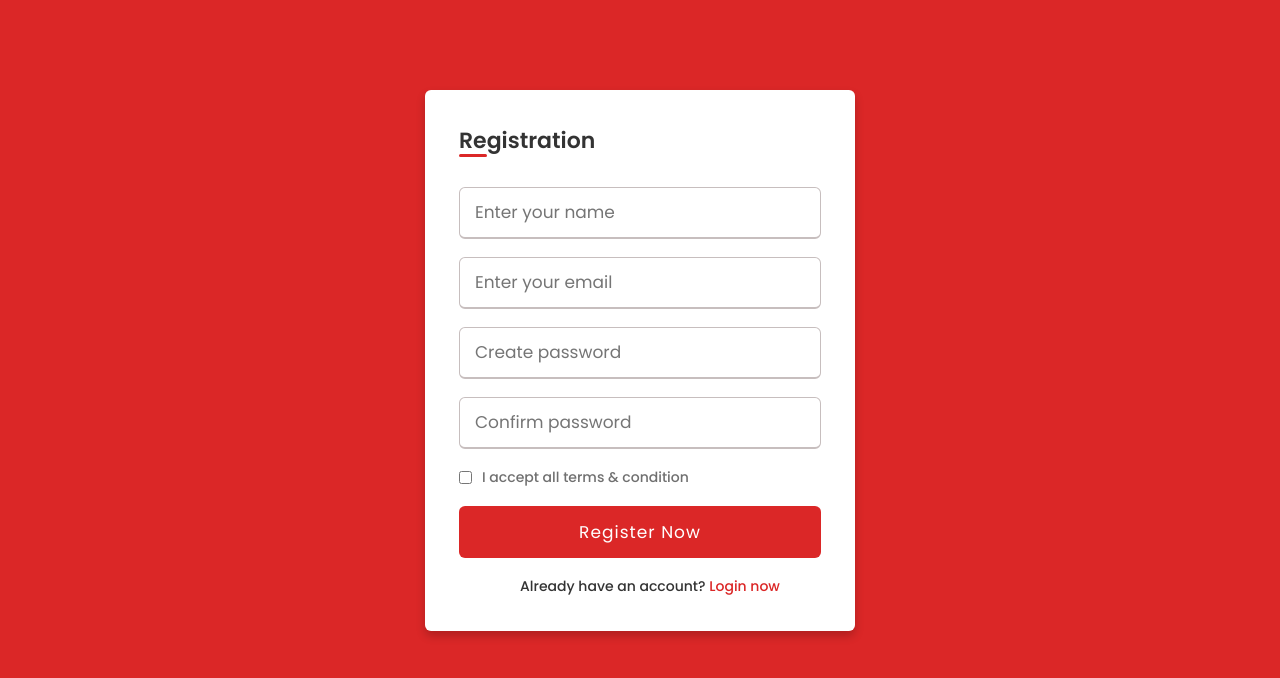
Repository: maximusprimeavenger/LibraryJavaServlet
Page: Servlet/src/main/webapp/Registration.html
These files come from the project's save history. The page is drawn as it stood at one moment and after the next save; the edit follows.
The browser window is 1280 px wide. The pictures show the whole page.

Above is the page before, as saved 2024-03-30 12:14:54.
Not found: Servlet/src/main/webapp/style.css

After the next save:
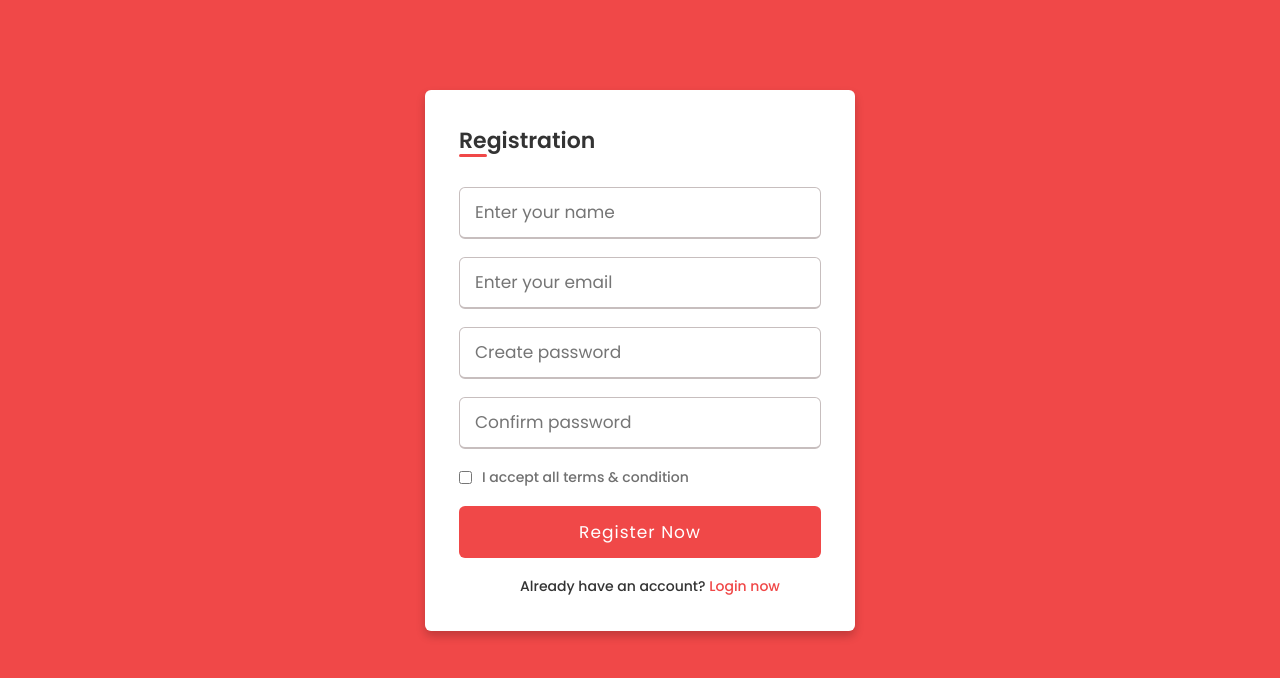
Saved 49 s later.
--- a/Servlet/src/main/webapp/Registration.html
+++ b/Servlet/src/main/webapp/Registration.html
@@ -18,7 +18,7 @@
 		  display: flex;
 		  align-items: center;
 		  justify-content: center;
-		  background: 		  #db2727;
+		  background: 		  		  #f04848;
 		}
 		.wrapper{
 		  position: relative;
@@ -43,7 +43,7 @@
 		  height: 3px;
 		  width: 28px;
 		  border-radius: 12px;
-		  background: 		  #db2727;
+		  background: 		  		  #f04848;
 		}
 		.wrapper form{
 		  margin-top: 30px;
@@ -67,7 +67,7 @@
 		}
 		.input-box input:focus,
 		.input-box input:valid{
-		  border-color: 			#db2727;
+		  border-color: 						#f04848;
 		}
 		form .policy{
 		  display: flex;
@@ -83,7 +83,7 @@
 		  color: #fff;
 		  letter-spacing: 1px;
 		  border: none;
-		  background: 		  #db2727;
+		  background: 		  		  #f04848;
 		  cursor: pointer;
 		}
 		.input-box.button input:hover{
@@ -95,7 +95,7 @@
 		 text-align: center;
 		}
 		form .text h3 a{
-		  color: 			#db2727;
+		  color: 						#f04848;
 		  text-decoration: none;
 		}
 		form .text h3 a:hover{

After the save that followed:
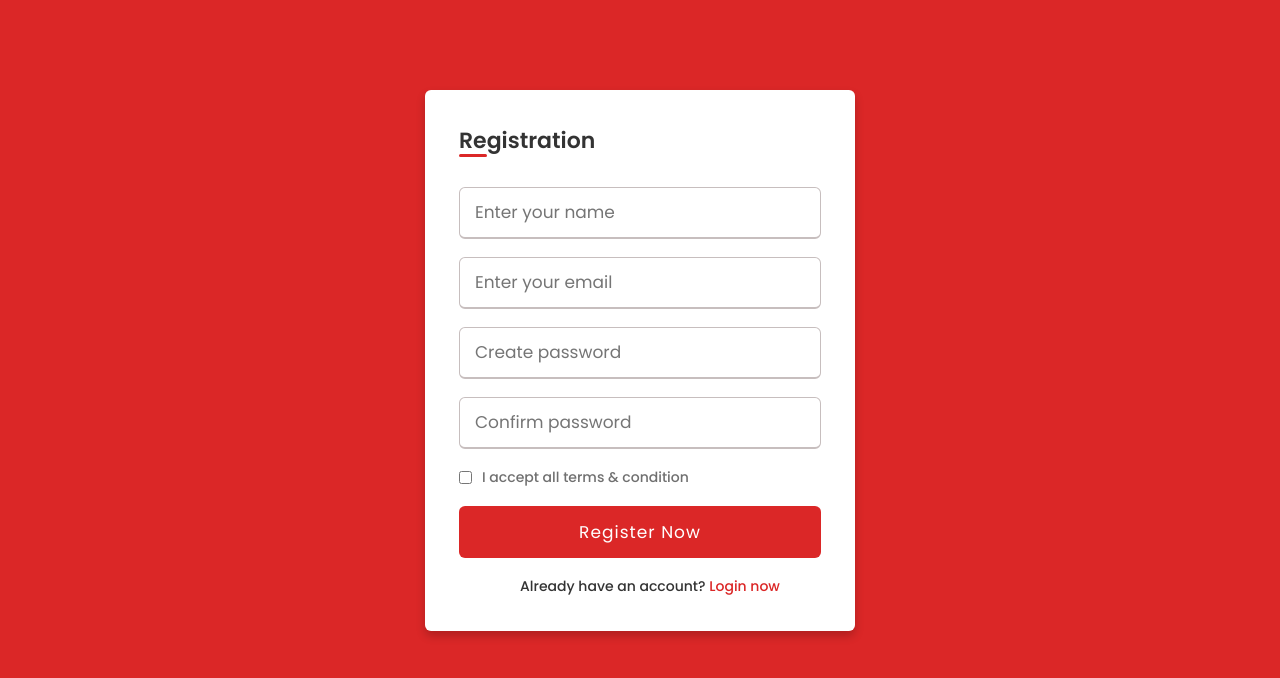
Saved 68 s later.
--- a/Servlet/src/main/webapp/Registration.html
+++ b/Servlet/src/main/webapp/Registration.html
@@ -18,7 +18,7 @@
 		  display: flex;
 		  align-items: center;
 		  justify-content: center;
-		  background: 		  		  #f04848;
+		  background: 		  #db2727;
 		}
 		.wrapper{
 		  position: relative;
@@ -43,7 +43,7 @@
 		  height: 3px;
 		  width: 28px;
 		  border-radius: 12px;
-		  background: 		  		  #f04848;
+		  background: 		  #db2727;
 		}
 		.wrapper form{
 		  margin-top: 30px;
@@ -67,7 +67,7 @@
 		}
 		.input-box input:focus,
 		.input-box input:valid{
-		  border-color: 						#f04848;
+		  border-color: 			#db2727;
 		}
 		form .policy{
 		  display: flex;
@@ -83,11 +83,11 @@
 		  color: #fff;
 		  letter-spacing: 1px;
 		  border: none;
-		  background: 		  		  #f04848;
+		  background: 		  #db2727;
 		  cursor: pointer;
 		}
 		.input-box.button input:hover{
-		  background: #0e4bf1;
+		  background: 			#c42d2d;
 		}
 		form .text h3{
 		 color: #333;
@@ -95,7 +95,7 @@
 		 text-align: center;
 		}
 		form .text h3 a{
-		  color: 						#f04848;
+		  color: 			#db2727;
 		  text-decoration: none;
 		}
 		form .text h3 a:hover{
